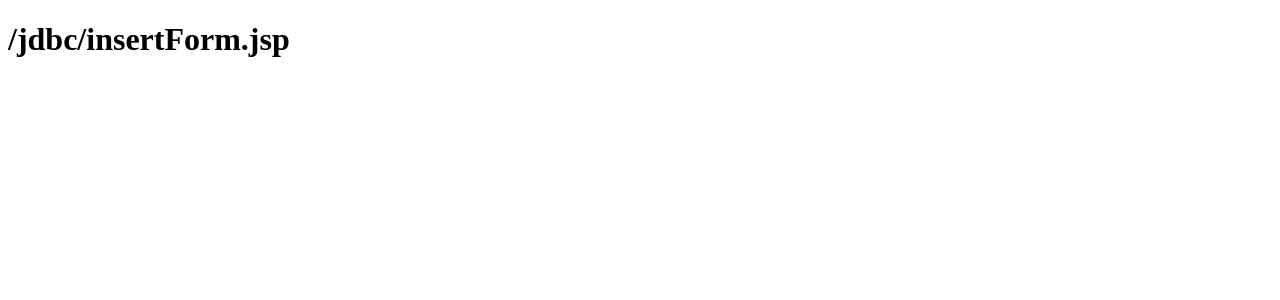
Repository: HeeYoung9/young9
Page: http://localhost/JSP7/JDBC/insertForm.jsp
These files come from the project's save history. The page is drawn as it stood at one moment and after the next save; the edit follows.
The browser window is 1280 px wide. The pictures show the whole page.
The page is served by Tomcat 9.

Above is the page before, as saved 2023-08-28 02:37:49.

### JSP7/src/main/webapp/JDBC/insertForm.jsp
<%@ page language="java" contentType="text/html; charset=UTF-8"
    pageEncoding="UTF-8"%>
<!DOCTYPE html>
<html>
<head>
<meta charset="UTF-8">
<title>insertForm.jsp</title>
</head>
<body>

<h1> /jdbc/insertForm.jsp </h1>

</body>
</html>

After the next save:
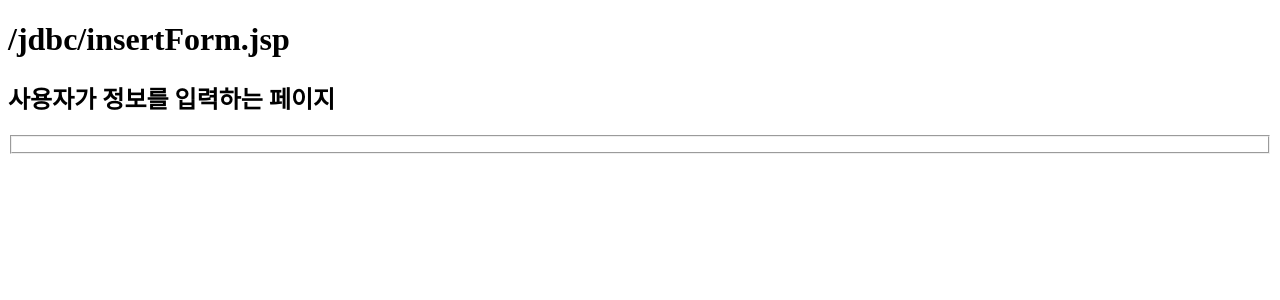
Saved 87 s later.
--- a/JSP7/src/main/webapp/JDBC/insertForm.jsp
+++ b/JSP7/src/main/webapp/JDBC/insertForm.jsp
@@ -10,5 +10,13 @@
 
 <h1> /jdbc/insertForm.jsp </h1>
 
+<h2> 사용자가 정보를 입력하는 페이지</h2>
+
+<fieldset>
+<form action ="">
+
+
+</form>
+</fieldset>
 </body>
 </html>
